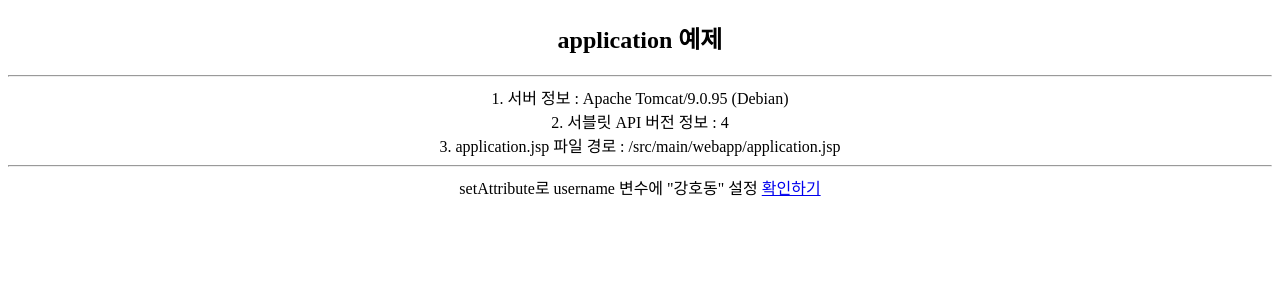
Repository: papav-hub/Web_Study
Page: http://localhost/jspbook/ch06/application.jsp
The author's editor kept a copy of each file at every save. The page is drawn from the files as they stood at one save, then again after the next save.
The browser window is 1280 px wide. The pictures show the whole page.
The page is served by Tomcat 9.

Above is the page before, as saved 2021-10-07 02:13:23.

After the next save:
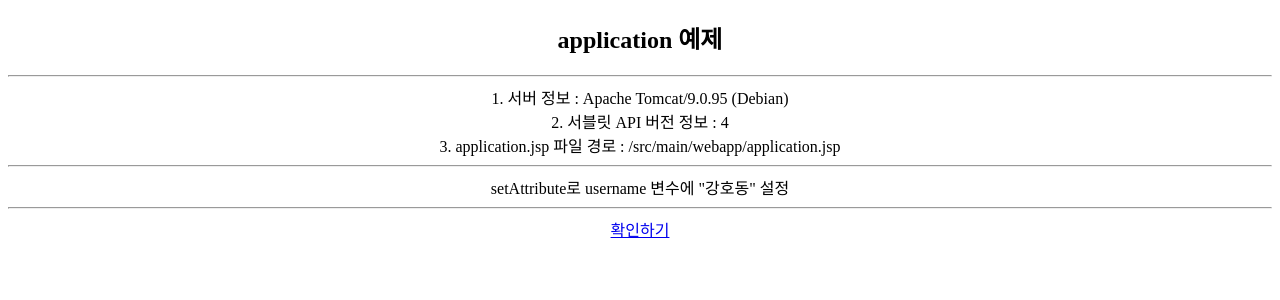
Saved 22 s later.
--- a/jspbook/src/main/webapp/ch06/application.jsp
+++ b/jspbook/src/main/webapp/ch06/application.jsp
@@ -22,7 +22,7 @@
 			application.log("username=강호동");
 			application.setAttribute("count", 1);
 		%>
-
+		<HR>
 		<a href="application_result.jsp">확인하기</a>
 
 	</div>
